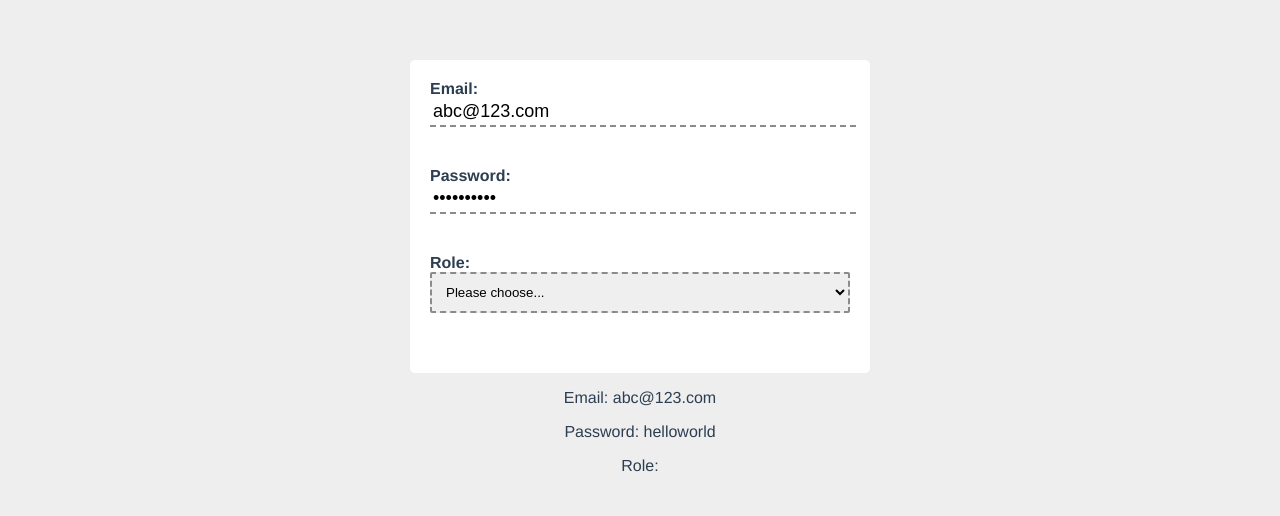
Repository: technogize/vue-forms
Page: /
The author's editor kept a copy of each file at every save. The page is drawn from the files as they stood at one save, then again after the next save.
The browser window is 1280 px wide. The pictures show the whole page.
The project was rebuilt for these pictures with package versions that can differ from the ones it lists, and the page was loaded fresh each time.

Above is the page before, as saved 2021-02-26 14:26:19.

### src/App.vue
<template>
  <SignupForm />
</template>

<script>
import SignupForm from './components/SignupForm';

export default {
  name: 'App',
  components: {
    SignupForm
  }
}
</script>

<style>
#app {
  font-family: Avenir, Helvetica, Arial, sans-serif;
  -webkit-font-smoothing: antialiased;
  -moz-osx-font-smoothing: grayscale;
  text-align: center;
  color: #2c3e50;
  margin-top: 60px;
}

body {
  margin: 0;
  background: #eee;
}
</style>

### src/components/SignupForm.vue
<template>
  <form>
    <!-- v-model syncs the data in the input with the data properties -->
    <div class="field">
      <label>Email: </label>
      <input type="email" required v-model="email" />
    </div>
    <div class="field">
      <label>Password: </label>
      <input type="password" required v-model="password" />
    </div>
    <div class="field">
      <label>Role: </label>
      <select v-model="role">
        <option value="">Please choose...</option>
        <option value="Designer">Web Designer</option>
        <option value="Developer">Web Developer</option>
      </select>
    </div>
  </form>

  <p>Email: {{email}}</p>
  <p>Password: {{password}}</p>
  <p>Role: {{role}} </p>
</template>

<script>
export default {
  data() {
    return {
      email: 'abc@123.com',
      password: 'helloworld',
      role: ''
    }
  }
}
</script>

<style scoped>
  form {
    max-width: 420px;
    border-radius: 5px;
    background: white;
    padding: 20px;
    margin: 0 auto;
  }

  label {
    font-weight: 700;
    display: block;
    text-align: left;
  }

  input {
    display: block;
    width: 100%;
    font-size: 18px;
    padding: 3px;
    border: none;
    border-bottom: 2px dashed rgb(139, 139, 139);
  }

  input:focus {
    outline: none;
    border-bottom: 2px solid rgb(139, 139, 139);
  }

  select {
    border: 2px dashed rgb(139, 139, 139);
    border-radius: 2px;
    padding: 10px;
    width: 100%;
  }

  .field {
    margin-bottom: 40px;
  }
</style>

Loaded but not shown: public/index.html (common file); src/main.js (common file)

After the next save:
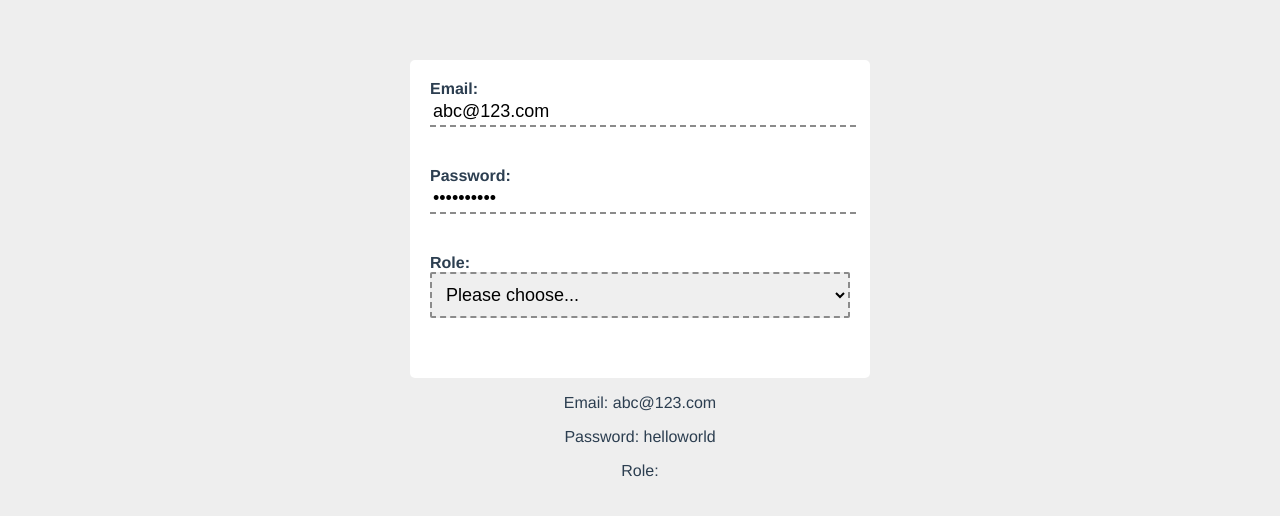
Saved 8 s later.
--- a/src/components/SignupForm.vue
+++ b/src/components/SignupForm.vue
@@ -69,6 +69,7 @@ export default {
     border: 2px dashed rgb(139, 139, 139);
     border-radius: 2px;
     padding: 10px;
+    font-size: 18px;
     width: 100%;
   }
 
